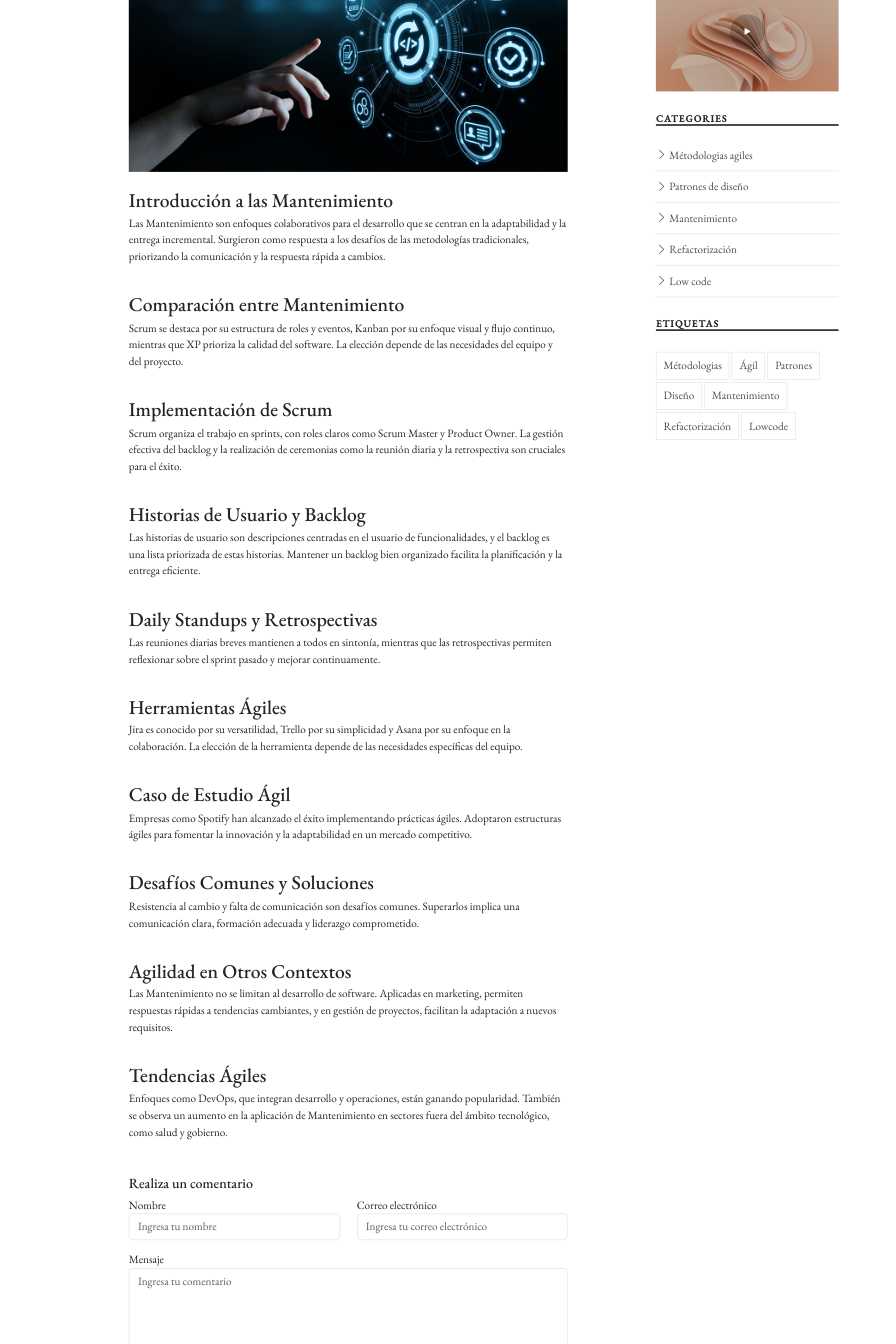
Repository: MiguelDev5/blog-miguel
Page: post-r.html
The author's editor kept a copy of each file at every save. The page is drawn from the files as they stood at one save, then again after the next save.
The browser window is 1280 px wide. The pictures show the part of the page from y = 452 to 2372 px (the page is 3064 px tall before and 1704 px after), at 70% of full size.
Some web fonts or font styles are not loaded; a fallback is used.

Above is the page before, as saved 2024-01-01 20:57:14.

After the next save:
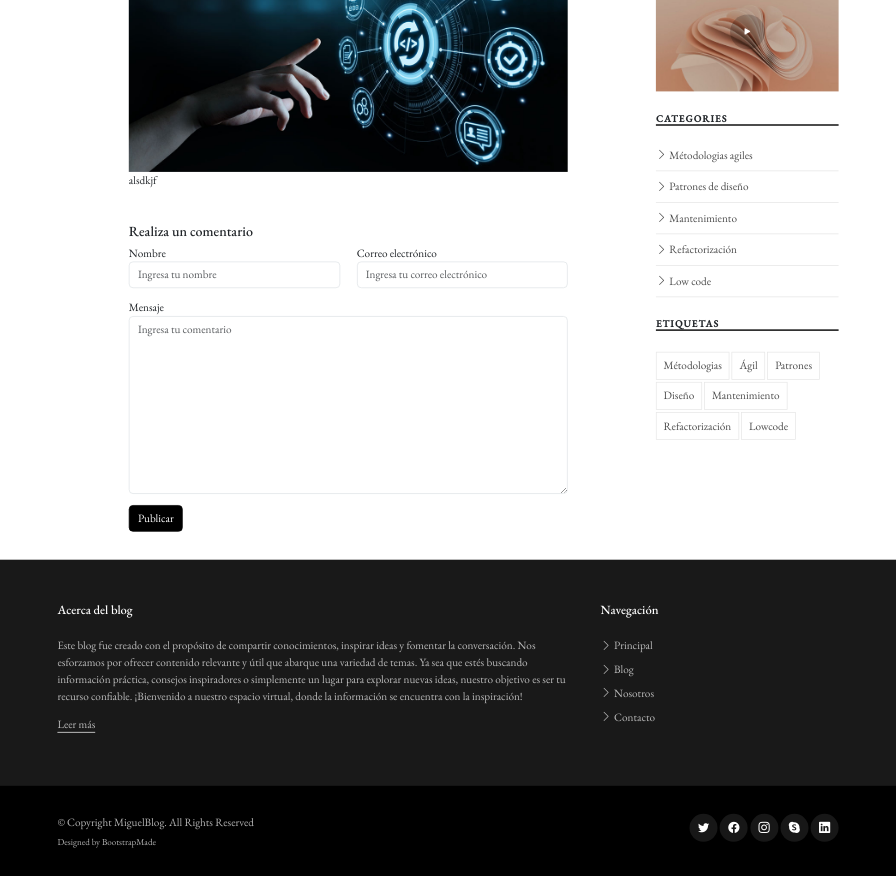
Saved 59 s later.
--- a/post-r.html
+++ b/post-r.html
@@ -97,45 +97,8 @@
                   <img src="assets/img/ma001.jpg" alt="" class="img-fluid" style="width: 200;">
 
               </div>
-              <br/>
-              <h3 class="mb-1">Introducción a las Mantenimiento</h3>
-              <p>Las Mantenimiento son enfoques colaborativos para el desarrollo que se centran en la adaptabilidad y la entrega incremental. Surgieron como respuesta a los desafíos de las metodologías tradicionales, priorizando la comunicación y la respuesta rápida a cambios.</p>
-
-              <br/>
-              <h3 class="mb-1">Comparación entre Mantenimiento</h3>
-              <p>Scrum se destaca por su estructura de roles y eventos, Kanban por su enfoque visual y flujo continuo, mientras que XP prioriza la calidad del software. La elección depende de las necesidades del equipo y del proyecto.</p>
-
-              <br/>
-              <h3 class="mb-1">Implementación de Scrum</h3>
-              <p>Scrum organiza el trabajo en sprints, con roles claros como Scrum Master y Product Owner. La gestión efectiva del backlog y la realización de ceremonias como la reunión diaria y la retrospectiva son cruciales para el éxito.</p>
-
-              <br/>
-              <h3 class="mb-1">Historias de Usuario y Backlog</h3>
-              <p>Las historias de usuario son descripciones centradas en el usuario de funcionalidades, y el backlog es una lista priorizada de estas historias. Mantener un backlog bien organizado facilita la planificación y la entrega eficiente.</p>
-
-              <br/>
-              <h3 class="mb-1">Daily Standups y Retrospectivas</h3>
-              <p>Las reuniones diarias breves mantienen a todos en sintonía, mientras que las retrospectivas permiten reflexionar sobre el sprint pasado y mejorar continuamente.</p>
-
-              <br/>
-              <h3 class="mb-1">Herramientas Ágiles</h3>
-              <p>Jira es conocido por su versatilidad, Trello por su simplicidad y Asana por su enfoque en la colaboración. La elección de la herramienta depende de las necesidades específicas del equipo.</p>
-
-              <br/>
-              <h3 class="mb-1">Caso de Estudio Ágil</h3>
-              <p>Empresas como Spotify han alcanzado el éxito implementando prácticas ágiles. Adoptaron estructuras ágiles para fomentar la innovación y la adaptabilidad en un mercado competitivo.</p>
-
-              <br/>
-              <h3 class="mb-1">Desafíos Comunes y Soluciones</h3>
-              <p>Resistencia al cambio y falta de comunicación son desafíos comunes. Superarlos implica una comunicación clara, formación adecuada y liderazgo comprometido.</p>
-
-              <br/>
-              <h3 class="mb-1">Agilidad en Otros Contextos</h3>
-              <p>Las Mantenimiento no se limitan al desarrollo de software. Aplicadas en marketing, permiten respuestas rápidas a tendencias cambiantes, y en gestión de proyectos, facilitan la adaptación a nuevos requisitos.</p>
-
-              <br/>
-              <h3 class="mb-1">Tendencias Ágiles</h3>
-              <p>Enfoques como DevOps, que integran desarrollo y operaciones, están ganando popularidad. También se observa un aumento en la aplicación de Mantenimiento en sectores fuera del ámbito tecnológico, como salud y gobierno.</p>
+
+              <p>alsdkjf</p>
 
             <!-- ======= Comments Form ======= -->
             <div class="row justify-content-center mt-5">
